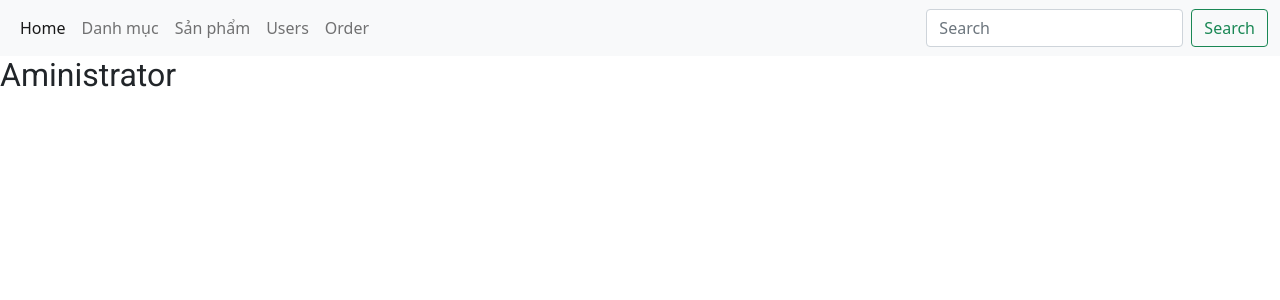
Repository: ThanhNghiadn03/Website-1-JSP-Servlet
Page: http://localhost/new-web-ban-sach/admin-home
The author's editor kept a copy of each file at every save. The page is drawn from the files as they stood at one save, then again after the next save.
The browser window is 1280 px wide. The pictures show the whole page.
The page is served by Tomcat 9.

Above is the page before, as saved 2023-04-26 08:21:31.

After the next save:
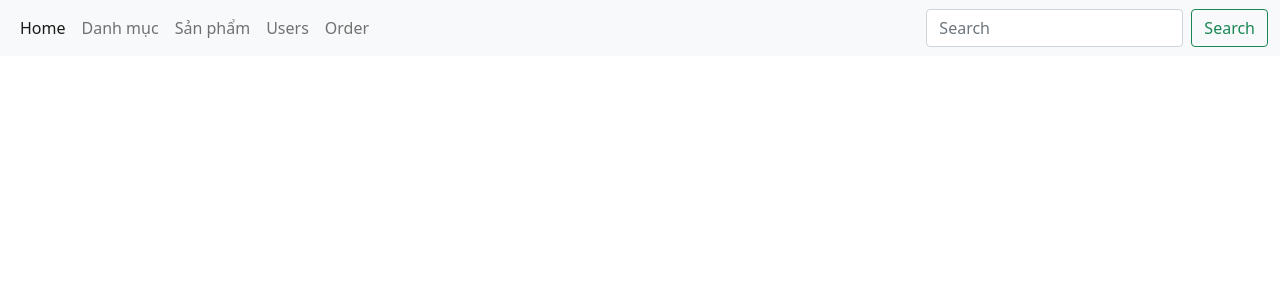
Saved 108 s later.
--- a/Project/new-web-ban-sach/src/main/webapp/views/admin/admin.jsp
+++ b/Project/new-web-ban-sach/src/main/webapp/views/admin/admin.jsp
@@ -73,15 +73,5 @@
 			</div>
 		</nav>
 	</div>
-	<div class="left-right">
-		<div class="left-side">
-			<h2>Aministrator</h2>
-		</div>
-		<div class="right-side"></div>
-	</div>
-	<script
-		src="https://cdn.jsdelivr.net/npm/bootstrap@5.0.2/dist/js/bootstrap.bundle.min.js"
-		integrity="sha384-MrcW6ZMFYlzcLA8Nl+NtUVF0sA7MsXsP1UyJoMp4YLEuNSfAP+JcXn/tWtIaxVXM"
-		crossorigin="anonymous"></script>
 </body>
 </html>
